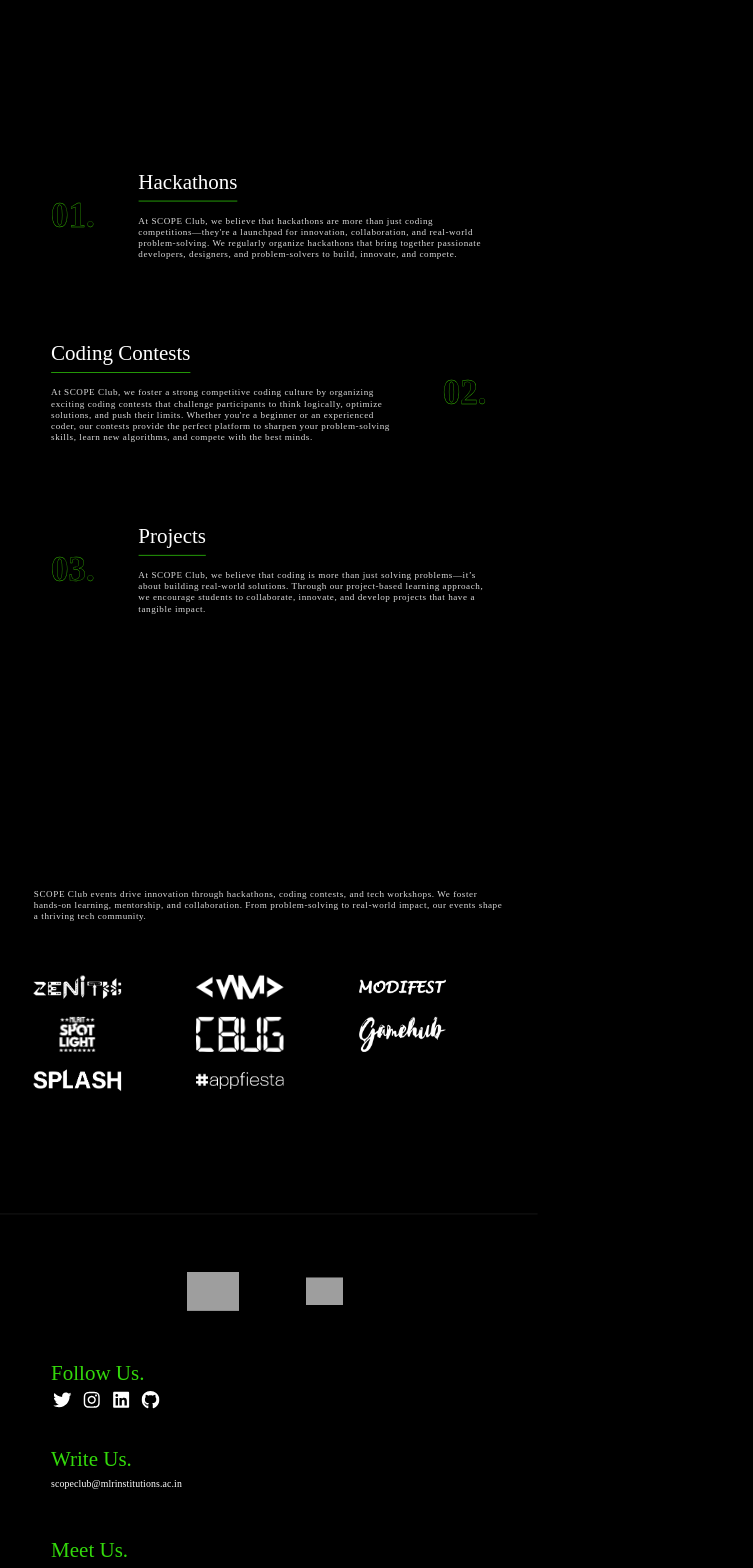
Repository: vajjipartisatwikraj/scopeclub
Page: /home
These files come from the project's save history. The page is drawn as it stood at one moment and after the next save; the edit follows.
The browser window is 768 px wide. The page is 1075 px wide, then 833 px, so the pictures cover 1075 px, including what lies to the right of the window. The pictures show the part of the page from y = 1634 to 3874 px (the page is 3950 px tall before and 4110 px after), at 70% of full size.
Pictures or frames that could not be fetched are drawn as grey boxes. Some web fonts or font styles are not loaded; a fallback is used. The project was rebuilt for these pictures with package versions that can differ from the ones it lists, and the page was loaded fresh each time. Also part of the build but not shown: src/components/Team/Team.css, src/Assets/Data/TeamData.js, src/Assets/Data/TeamData22.js, src/Assets/Data/TeamData23.js, src/Assets/Data/TeamData24.js, src/Assets/Data/TeamData25.js, src/Assets/Data/TeamData26.js, src/Assets/Data/TeamData27.js and 15 more.

Above is the page before, as saved 2025-02-16 14:43:25.

### public/index.html
<!DOCTYPE html>
<html lang="en">
  <head>
    <meta charset="utf-8" />
    <link rel="icon" href="%PUBLIC_URL%/favicon.ico" />
    <!-- Bootstrap CSS -->

    <meta name="viewport" content="width=device-width, initial-scale=1" />
    <meta name="theme-color" content="#000000" />
    <meta
      name="description"
      content="Web site created using create-react-app"
    />
    <link rel="apple-touch-icon" href="%PUBLIC_URL%/logo192.png" />
    <!--
      manifest.json provides metadata used when your web app is installed on a
      user's mobile device or desktop. See https://developers.google.com/web/fundamentals/web-app-manifest/
    -->
    <link rel="manifest" href="%PUBLIC_URL%/manifest.json" />
    <!--
      Notice the use of %PUBLIC_URL% in the tags above.
      It will be replaced with the URL of the `public` folder during the build.
      Only files inside the `public` folder can be referenced from the HTML.

      Unlike "/favicon.ico" or "favicon.ico", "%PUBLIC_URL%/favicon.ico" will
      work correctly both with client-side routing and a non-root public URL.
      Learn how to configure a non-root public URL by running `npm run build`.
    -->
    <title>React App</title>
    <script type="module" src="https://unpkg.com/@splinetool/viewer@1.9.68/build/spline-viewer.js"></script>

    <link href="https://cdn.jsdelivr.net/npm/bootstrap@5.3.3/dist/css/bootstrap.min.css" rel="stylesheet" integrity="sha384-QWTKZyjpPEjISv5WaRU9OFeRpok6YctnYmDr5pNlyT2bRjXh0JMhjY6hW+ALEwIH" crossorigin="anonymous">
  </head>
  <body>
    <noscript>You need to enable JavaScript to run this app.</noscript>
    <div id="root"></div>
    <!--
      This HTML file is a template.
      If you open it directly in the browser, you will see an empty page.

      You can add webfonts, meta tags, or analytics to this file.
      The build step will place the bundled scripts into the <body> tag.

      To begin the development, run `npm start` or `yarn start`.
      To create a production bundle, use `npm run build` or `yarn build`.
    -->
    <script src="https://cdn.jsdelivr.net/npm/bootstrap@5.3.3/dist/js/bootstrap.bundle.min.js" integrity="sha384-YvpcrYf0tY3lHB60NNkmXc5s9fDVZLESaAA55NDzOxhy9GkcIdslK1eN7N6jIeHz" crossorigin="anonymous"></script>
  </body>
</html>

### src/App.js
import { BrowserRouter as Router, Routes, Route } from 'react-router-dom';
import Navbar from './components/Navbar';
import Home from './components/Home';
import Teams from './components/Team/Team';
import Events from './components/Events/Events';
import Resources from './components/resources/Resources';
import './App.css';
import { gsap } from 'gsap';
import { ScrollTrigger } from 'gsap/ScrollTrigger';
import React, { useEffect} from 'react';
import Footer from './components/Footer';
import ContactUs from './components/ContactUs/ContactUs';

gsap.registerPlugin(ScrollTrigger);

function App() {


  useEffect(() => {
    setTimeout(() => {
      const coords = { x: 0, y: 0 };
      const circles = document.querySelectorAll('.circle');
      if (circles.length === 0) return;

      circles.forEach((circle) => {
        circle.x = 0;
        circle.y = 0;
      });

      window.addEventListener('mousemove', (e) => {
        coords.x = e.clientX;
        coords.y = e.clientY;
      });

      function animateCircles() {
        let x = coords.x;
        let y = coords.y;

        circles.forEach((circle, index) => {
          if (!circle) return;

          circle.style.left = `${x - 12}px`;
          circle.style.top = `${y - 12}px`;
          circle.style.scale = (circles.length - index) / circles.length;
          circle.x = x;
          circle.y = y;

          const nextCircle = circles[index + 1] || circles[0];
          x += (nextCircle.x - x) * 0.3;
          y += (nextCircle.y - y) * 0.3;
        });

        requestAnimationFrame(animateCircles);
      }

      animateCircles();
    }, 100);
  }, []);

  return (
    <>
    <Router>
      <Navbar />
      <Routes>
        <Route path="/home" element={<Home />} />
        <Route path="/teams" element={<Teams />} />
        <Route path="/events" element={<Events />} />
        <Route path="/resources" element={<Resources />} />
        <Route path="/contact" element={<ContactUs />} />
      </Routes>
      <Footer/>
    </Router>
    {/* Cursor effect elements */}
    {[...Array(20)].map((_, index) => (
      <div key={index} className="circle"></div>
    ))}</>
  );
}

export default App;

### src/components/Navbar.js
import {React, useEffect, useState} from 'react';
import { Link } from 'react-router-dom';
import './Navbar.css';

function Navbar() {

  const [showNavbar, setShowNavbar] = useState(true);
  let lastScrollY = window.scrollY;

  useEffect(() => {
    const handleScroll = () => {
      if (window.scrollY > lastScrollY) {
        setShowNavbar(false); // Hide on scroll down
      } else {
        setShowNavbar(true); // Show on scroll up
      }
      lastScrollY = window.scrollY;
    };

    window.addEventListener("scroll", handleScroll);

    return () => {
      window.removeEventListener("scroll", handleScroll);
    };
  }, []);

  return (
    <div className={`NAVBAR ${showNavbar ? "visible" : "hidden"}`}>
      <nav className="navbar navbar-expand-lg">
        <div className="container-fluid d-flex">
          <div className="scope-logo"></div>
          <button
            className="navbar-toggler order-lg-2"
            type="button"
            data-bs-toggle="collapse"
            data-bs-target="#navbarSupportedContent"
            aria-controls="navbarSupportedContent"
            aria-expanded="false"
            aria-label="Toggle navigation"
          >
            <span className="navbar-toggler-icon"></span>
          </button>
          <div className="collapse navbar-collapse order-lg-3" id="navbarSupportedContent">
            <ul className="navbar-nav mx-auto mb-2 mb-lg-0 nav-bar d-flex justify-content-around">
              <li className="nav-item">
                <Link className="nav-link active" to="/home">Home</Link>
              </li>
              <li className="nav-item">
                <Link className="nav-link" to="/teams">Team</Link>
              </li>
              <li className="nav-item">
                <Link className="nav-link" to="/events">Events</Link>
              </li>
              <li className="nav-item">
                <Link className="nav-link" to="/resources">Resources</Link>
              </li>
              <li className="nav-item">
                <Link className="nav-link" to="/contact">Contact Us</Link>
              </li>
            </ul>
            <form className="d-flex order-lg-4" role="search">
              <a href="https://linktr.ee/mlritscope" className="linktree">
              <button  className="btn btn-outline-success joinus-btn" type="submit">Join Us</button>
              </a>

            </form>
          </div>
        </div>
      </nav>
    </div>
  );
}

export default Navbar;

### src/App.css

* {
  padding: 0px;
  margin: 0px;
}

::-webkit-scrollbar {
  display: none;
}

@font-face {
  font-family: "turnkey-bold";
  src: url(C:\Users\SATWIK\OneDrive\Desktop\scope-website\public\fonts\TurnkeyLite-Bold.otf)
    format("woff2");
  font-weight: normal;
  font-style: normal;
}

@font-face {
  font-family: "turnkey-medium";
  src: url(C:\Users\SATWIK\OneDrive\Desktop\scope-website\public\fonts\TurnkeyLite-Medium.otf)
    format("woff2");
  font-weight: normal;
  font-style: normal;
}

@font-face {
  font-family: "turnkey-light";
  src: url(C:\Users\SATWIK\OneDrive\Desktop\scope-website\public\fonts\TurnkeyLite-ExtraLight.otf)
    format("woff2");
  font-weight: normal;
  font-style: normal;
}


@font-face {
  font-family: 'MADE-OUTER-SANS';
  src: url('../public/fonts/MADEOuterSansBoldPERSONALUSE.otf') format('truetype');
}

.green-container {
  width: 100%;
  height: 112vh;
  display: flex;
  justify-content: center;
}

.inner-container {
  position: relative; /* Needed for absolute positioning */
  width: 95%;
  height: 85%;
  border-radius: 0px 0px 19.548px 19.548px;
  overflow: hidden;
  display: flex;
  justify-content: space-between;
  background: linear-gradient(
    180deg,
    rgba(0, 0, 0, 0.33) 0%,
    rgba(9, 16, 0, 0.37) 54.9%,
    rgba(35, 63, 0, 0.5) 76.4%,
    rgba(68, 124, 0, 0.5) 98.4%
  );
}

.circle-light {
  position: relative;
  top: 30%;
  left: 40%;
  width: 20%;
  height: 20%;
  border-radius: 500px;
  background-color: rgba(87, 201, 90, 0.5);
  filter: blur(303.035400390625px);
}

.grid-image-left {
  width: 40%;
  height: 100%;
  position: relative;
  bottom: 0%;
  background-image: url(C:\Users\SATWIK\OneDrive\Desktop\scope-website\public\images\Vector1.png);
  background-size: cover;
  background-size: contain;
  background-repeat: no-repeat;
  background-position: right bottom;
}

.grid-image-right {
  width: 40%;
  height: 100%;
  position: relative;
  bottom: 0%;
  background-image: url(C:\Users\SATWIK\OneDrive\Desktop\scope-website\public\images\Vector2.png);
  background-size: cover;
  background-size: contain;
  background-repeat: no-repeat;
  background-position: left bottom;
  z-index: 2;
}

.top-layer {
  position: absolute;
  z-index: 1;
  display: flex;
  align-items: center;
  flex-direction: column;
  align-items: center;
  top: 30%;
}

.head {
  font-family: turnkey-bold;
  color: white;
  font-size: 500%;
  letter-spacing: -2px;
  margin-bottom: 0px;
}

.highlighted {
  font-family: turnkey-bold;
  color: #36be00;
}

.caption {
  margin-top: 1%;
  font-family: turnkey-light;
  font-size: 16px;
  font-weight: 100;
  color: white;
  width: 60%;
  line-height: 154.513%; /* 25.29px */
  letter-spacing: 1px;
  text-align: center;
}

.hw-container {
  margin-bottom: 3%;
  width: 200px;
  height: 8vh;
  border-radius: 27.44px;
  border: 0.61px solid #36be00;
  box-shadow: 0px 0px 4.878px 2.439px rgba(54, 190, 0, 0.25);
  display: flex;
  align-items: center;
  justify-content: space-around;
  padding-left: 10px;
}

.hw-text {
  font-family: turnkey-light;
  font-size: 25px;
  color: white;
  margin: 0px;
  width: fit-content;
  text-overflow: ellipsis;
}

.hw-arrow {
  width: 20%;
  height: 90%;
  position: relative;
  background-image: url(C:\Users\SATWIK\OneDrive\Desktop\scope-website\public\images\arrow.png);
  background-size: cover;
  background-size: contain;
  background-repeat: no-repeat;
  background-position: center;
}

.fontChange {
  font-family: "Gill Sans", "Gill Sans MT", Calibri, "Trebuchet MS", sans-serif;
}

@keyframes expandCircle {
  0% {
    width: 0px;
    height: 0px;
    opacity: 0;
  }
  100% {
    width: var(--circle-size);
    height: var(--circle-size);
    opacity: 1;
  }
}

div.circles {
  width: 50%;
  height: 10vh;
  position: absolute;
  z-index: 1;
  display: flex;
  justify-content: center;
  align-items: center;
  top: 100%;
  left: 25%;
  opacity: 0.3;
}

div.circle1,
div.circle2,
div.circle3 {
  position: absolute;
  border-radius: 50%;
  animation: expandCircle 0.6s cubic-bezier(0.25, 1, 0.5, 1) forwards;
}

/* Circle 1 */
div.circle1 {
  --circle-size: 300px;
  background: rgba(0, 135, 4, 0.5);
  animation-delay: 0s;
}

/* Circle 2 */
div.circle2 {
  --circle-size: 400px;
  background: rgba(43, 145, 46, 0.2);
  animation-delay: 0.15s;
}

/* Circle 3 */
div.circle3 {
  --circle-size: 500px;
  background: rgba(43, 145, 46, 0.2);
  animation-delay: 0.3s;
}

.inside-scope {
  width: 100%;
  height: 100%;
  margin-top: 10%;
  margin-bottom: 10%;
  display: flex;
  align-items: center;
}

@keyframes expandBlurredCircle {
  from {
    width: 0;
    height: 0;
    opacity: 0;
    filter: blur(0px);
  }
  to {
    width: 40%;
    height: 80%;
    opacity: 1;
    filter: blur(200px);
  }
}

.is-circle-light {
  position: absolute;
  align-items: center;
  z-index: 1;
  height: 80%;
  width: 40%;
  border-radius: 500px;
  background: rgba(51, 217, 11, 0.25);
  filter: blur(200px);
  opacity: 0; /* Initially hidden */
  animation: expandBlurredCircle 1s ease-out forwards;
  animation-play-state: paused; /* Pause the animation initially */
}

/* Use a scroll-based approach to trigger the animation */
@media (prefers-reduced-motion: no-preference) {
  .is-circle-light {
    animation-play-state: running; /* Start the animation */
    animation-timeline: view();
  }
}

.is-top-layer {
  display: flex;
  align-items: center;
  justify-content: center;
  gap: 30px;
  z-index: 5;
  padding-left: 5%;
  padding-right: 5%;
}

.is-image {
  width: 130%;
  height: 70vh;
  overflow: hidden;
  display: flex;

  align-items: center;
}

spline-viewer {
  transform: scale(1.3); /* Adjust scale to zoom in */
  width: 120%; /* Make it wider */
  height: 120%; /* Make it taller */
}

.is-contents {
  align-items: start;
  display: flex;
  flex-direction: column;
  gap: 20px;
}

.is-head {
  font-family: turnkey-light;
  color: white;
  font-size: 5vw;
  letter-spacing: -2px;
  margin: 0px;
}

.is-caption {
  width: 80%;
  font-size: 18px;
  color: white;
  font-family: turnkey-light;
  line-height: 30px; /* 150% */
  letter-spacing: 0.05rem;
}

body {
  background-color: black;
  margin: 0;
}

.circle {
  height: 24px;
  width: 24px;
  border-radius: 50%;
  background-color: white;
  position: fixed;
  top: 0;
  left: 0;
  pointer-events: none;
  z-index: 99999999; /* Ensures it stays on top */
  opacity: 0.8;
  transition: transform 0.1s ease-out;
}

/*What do we do?*/

.wdwd {
  width: 100%;
  height: 100%;
  padding: 5%;
  display: flex;
  flex-direction: column;
  align-items: center;
  padding-top: 0px;
  padding-bottom: 0px;
}

.wdwd-head {
  font-size: 60px;
  font-family: turnkey-light;
  color: white;
}

.wdwd-main-container {
  margin: 150px;
  margin-top: 60px;
}

.wdwe-01-container,
.wdwe-02-container,
.wdwe-03-container {
  display: flex;
  align-items: center;
  padding-top: 50px;
  gap: 10%;
}

.wdwd-01-num,
.wdwd-02-num,
.wdwd-03-num {
  -webkit-text-stroke-width: 1px;
  -webkit-text-stroke-color: #36be00;
  color: transparent;
  font-family: turnkey-bold;
  font-size: 300px;
  font-style: normal;
  font-weight: 700;
  line-height: normal;
  transition: color 0.3s ease-in-out;
}

.wdwd-01,
.wdwd-02,
.wdwd-03 {
  display: flex;
  flex-direction: column;
  gap: 20px;
}

.wdwd-01-head,
.wdwd-02-head,
.wdwd-03-head {
  width: fit-content;
  padding-bottom: 10px;
  color: #fff;
  font-family: "FONTSPRING DEMO - Turnkey Medium";
  font-size: 50px;
  font-style: normal;
  font-weight: 500;
  line-height: normal;
  border-bottom: 4px solid #33d90b;
  margin: 0px;
}

.wdwd-01-content,
.wdwd-02-content,
.wdwd-03-content {
  color: #ffffffdb;
  font-family: turnkey-light;
  font-size: 16px;
  font-style: normal;
  font-weight: 100;
  line-height: normal;
  letter-spacing: 0.05rem;
}

/*brand-events */

.brand-events {
  height: 70vh;
  padding-top: 50px;
  margin-bottom: 200px;
  margin: 200px;
  display: flex;
  flex-direction: column;
  gap: 60px;
  margin-top: 0px;
}

.brand-events-top-container {
  display: flex;
  flex-direction: column;
  gap: 20px;
}


.brand-events-bottom-container {
  padding-bottom: 100px;
}

.brand-events-head {
  font-size: 60px;
  font-family: turnkey-bold;
  color: white;
}

.brand-events-caption {
  color: #ffffffdb;
  font-family: turnkey-light;
  font-size: 16px;
  font-style: normal;
  font-weight: 100;
  line-height: normal;
  letter-spacing: 0.05rem;
}

.logo-container {
  width: 100%;
  display: grid;
  gap: 60px;
  justify-content: center;
  align-items: center;
}

.logo {
  width: 60%;
  height: auto;
  object-fit: contain;
}

.line{
  color: #808080;
  height: 1px;
  width: 100%;
}

.footer-container{
  display: flex;
  flex-direction: column;
  align-items: center;
  justify-content: center;
  gap: 10%;
  height: 115%;
  padding: 5%;
}


.footer-bottom-container{
  width: 90%;
  display: flex;
  align-items: flex-start;
  gap: 15%;
  margin-top: 10%;
}

.footer-top-container{
  width: 100%;
  display: flex;
  padding: 4%;
  align-items: center;
  justify-content: center;
  gap: 70px;
  padding-bottom: 0px;
}

.scope,.mlrit{
  width: 20%;
  height: 7vh;
  position: relative;
  background-image: url(C:\Users\SATWIK\OneDrive\Desktop\scope-website\public\images\scope.png);
  background-size: cover;
  background-size: contain;
  background-repeat: no-repeat;
  background-position: center;
}

.mlrit{
  background-image: url(C:\Users\SATWIK\OneDrive\Desktop\scope-website\public\images\mlrit.png);
  height: 5vh;
}

.flwus-text,.writeus-text,.meet-text{
  font-family: turnkey-medium;
  font-size: 2.5rem;
  color: #33d90b;
}

.flwus-content,.writeus-content,.meet-content{
  font-family: turnkey-light;
  font-size: 1rem;
  color: #fff;
  letter-spacing: 0.05rem;
}

.social{
  display: flex;
}

.twitter,.instagram,.linkedIn,.github{
  height: 10vh;
  width: 30%;
  margin: 10px;
  margin-top: 0px;
  fill: #fff;
  cursor: pointer;
}

/* Desktop: 2x4 grid */
@media (min-width: 1024px) {
  .logo-container {
    grid-template-columns: repeat(4, 1fr);
    grid-template-rows: repeat(2, auto);
  }
}

/* Tablet: 3x3 grid */
@media (min-width: 768px) and (max-width: 1023px) {
  .logo-container {
    grid-template-columns: repeat(3, 1fr);
    grid-template-rows: repeat(3, auto);
  }
  .circle {
    visibility: hidden;
  }
}

/* Mobile: 3x3 grid */
@media (max-width: 768px) {


  .green-container{
    height: 100vh;
  }

  .hw-container {
    height: 6vh;
    width: 40%;
    padding-right: 5px;
  }

  .top-layer{
    top: 25%;
  }

  .head{
    text-align: center;
    margin-top: 5%;
    font-size: 50px;
    margin-bottom: 5%;
    line-height: 55px;
  }

  .caption{
    width: 80%;
    font-size: 15px;
  }


  .hw-text {
    font-size: 20px;
  }

  .inside-scope{
    margin-top: 0%;
  }

  .is-head{
    font-size: 13vw;

  }

  .is-caption{
    font-size: 13px;
    width: 100%;
    line-height: 20px;
    letter-spacing: 0.01rem;
  }

  .is-top-layer{
    flex-direction: column;
  }

  .is-image{
    height: 50vh;
    width: 200%;
  }
  /* Circle 1 */
  div.circle1 {
    --circle-size: 300px;
  }

  /* Circle 2 */
  div.circle2 {
    --circle-size: 400px;
  }

  /* Circle 3 */
  div.circle3 {
    --circle-size: 500px;
  }
  .circle {
    visibility: hidden;
    pointer-events: none;
  }

  .wdwd-head{
    font-size: 45px;
    margin-top: 30%;

  }

  .wdwd-main-container{
    display: flex;
    flex-direction: column;
    gap: 50px;
    margin: 5%;
  }

  .wdwd-01-num,
  .wdwd-02-num,
  .wdwd-03-num {
    font-size: 50px;
    width: fit-content;
    -webkit-text-stroke-width: 0.5px;
  }

  .wdwd-01-head,
  .wdwd-02-head,
  .wdwd-03-head {
    font-family: turnkey-bold;
    font-size: 30px;
    border-bottom: 1px solid #33d90b;
  }

  .wdwd-01-content,
  .wdwd-02-content,
  .wdwd-03-content {
    font-size: 13px;
  }

  .brand-events-head {
    font-size: 37px;
  }

  .brand-events {
    margin: 10px;
    padding: 5%;
    margin-top: 30%;
  }

  .brand-events-caption{
    font-size: 13px;
  }

  .logo-container {
    grid-template-columns: repeat(3, 1fr);
    grid-template-rows: repeat(3, auto);
    gap: 25px;
  }

  .flwus-text,.writeus-text,.meet-text{
    font-family: turnkey-medium;
    font-size: 30px;
    color: #33d90b;
  }

  .flwus-content,.writeus-content,.meet-content{
    font-size: 14px;
    letter-spacing: 0.2px;
  }


  .footer-top-container{
    gap: 5%;
  }

  .footer-bottom-container{
    flex-direction: column;
    gap: 50px;
  }

  .social{
    gap: 10px;
  }

  .twitter,.instagram,.linkedIn,.github{
    height: fit-content;
    width: 15%;
    margin: 3px;
    margin-top: 0px;
    fill: #fff;
    cursor: pointer;
  }
}

### src/components/Navbar.css
body {
  background-color: black;
}

.NAVBAR{
    position: fixed;
    top: 0px;
    width: 100%;
    z-index: 10;
}

.NAVBAR.hidden {
  transform: translateY(-100%);
}

.NAVBAR.visible {
  transform: translateY(0);
}

nav {
  margin-top: 1%;
  margin-left: 3%;
  margin-right: 3%;
}

.nav-item {
  display: flex;
  align-items: center;
}

.navbar-toggler-icon{
  background-image: url(C:\Users\SATWIK\OneDrive\Desktop\scope-website\public\images\nav.png);
  background-size: cover;
  background-size: contain;
  background-repeat: no-repeat;
  background-position: center;
}

ul.navbar-nav.mx-auto.mb-2.mb-lg-0.nav-bar {
  border: 1px solid white;
  border-radius: 100px;
  width: 45%;
  height: 55.089px;
  color: white;
  border-radius: 27.545px;
  border: 0.874px solid #363636;
  backdrop-filter: blur(5px);
  box-shadow: 0px 0px 3.498px 8.744px rgba(0, 0, 0, 0.25);
}

.nav-link,
.nav-link.active {
  font-size: 17px;
  font-family: turnkey-light;
  color: white !important;
}

.nav-link:hover{
  color: #36be00 !important;
}


.joinus-btn {
  width: 146px;
  height: 47.351px;
  border-radius: 32.751px;
  border: 1px solid rgba(255, 255, 255, 0.9);
  background: #36be00;
  font-family: turnkey-medium;
  color: white;
  font-size: 20px;
}

.scope-logo {
  width: 10%;
  height: 10vh;
  position: relative;
  background-image: url(C:\Users\SATWIK\OneDrive\Desktop\scope-website\public\images\scope-logo.png);
  background-size: cover;
  background-size: contain;
  background-repeat: no-repeat;
  background-position: center;
}


/* Desktop: 2x4 grid */
@media (min-width: 1024px) {

}

/* Tablet: 3x3 grid */
@media (min-width: 768px) and (max-width: 1023px) {

}


/* Mobile: 3x3 grid */
@media (max-width: 768px) {
  .scope-logo{
    width: 30%;
  }
  .nav-link.active {
    background-color: rgb(33, 33, 33);
    border-radius: 10px;
    padding: 10px 30px 10px 30px;
    width: 200%;
  }
  ul.navbar-nav.mx-auto.mb-2.mb-lg-0.nav-bar {
    display: flex;
    flex-direction: column;
    align-items: center;
    width: 100%;
    height: 100%;
    border-radius: 0px;
    border: 0px;
    background-color: black;
  }
  .joinus-btn{
    visibility: hidden;
    pointer-events: none;
  }
}

Loaded but not shown: src/index.js (common file); src/index.css (common file); src/reportWebVitals.js (common file); src/components/Home.js (163 lines, source omitted); src/components/Footer.js (38 lines, source omitted)

After the next save:
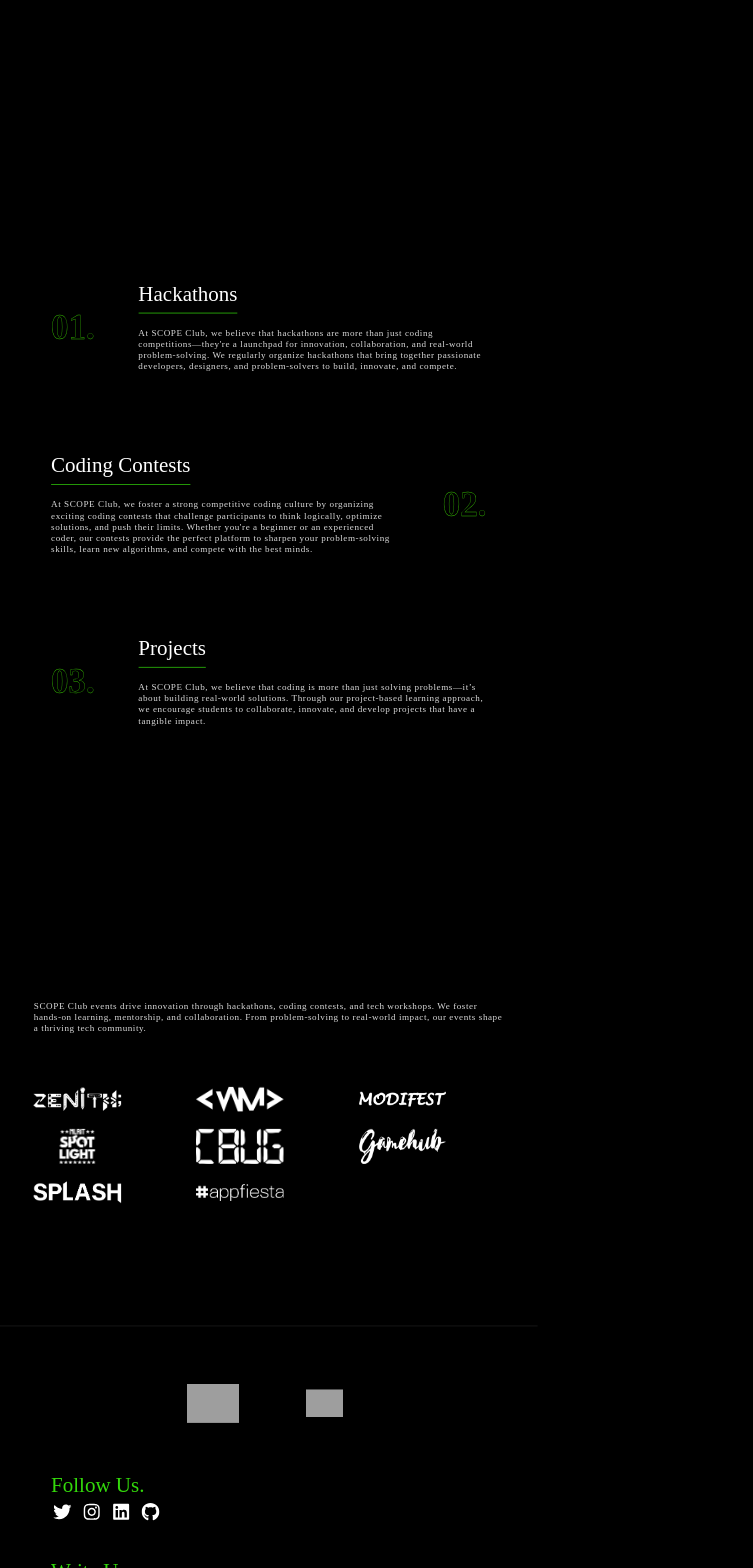
Saved 3 min 30 s later.
--- a/src/App.css
+++ b/src/App.css
@@ -738,4 +738,20 @@
     fill: #fff;
     cursor: pointer;
   }
-}
+
+  .is-image {
+    width: 130%;
+    height: 70vh;
+    overflow: hidden;
+    display: flex;
+
+    align-items: center;
+  }
+
+  spline-viewer {
+    transform: scale(1.3); /* Adjust scale to zoom in */
+    width: 120%; /* Make it wider */
+    height: 120%; /* Make it taller */
+  }
+
+}
